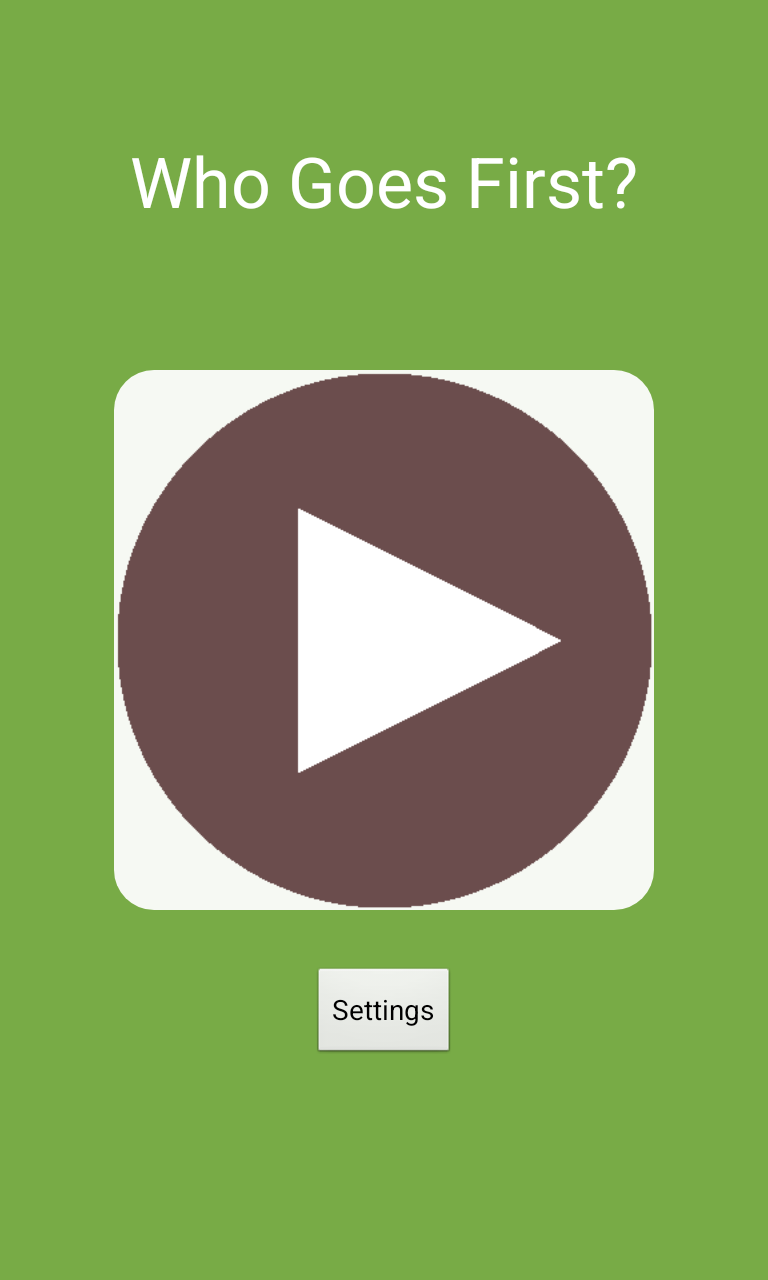
Repository: DarwinLYang/WhoGoesFirstApp
Layout: Who First/WhoFirst/res/layout/fragment_main.xml
An editor plug-in stored every save of this project. The layout is shown before and after the next save, followed by the edit.
It is drawn on a 768 x 1280 px phone screen (xhdpi) without system bars, with theme android:Theme.NoTitleBar.Fullscreen; the app's code is not run.

Above is the layout before, as saved 2014-04-11 21:30:44.

After the next save:
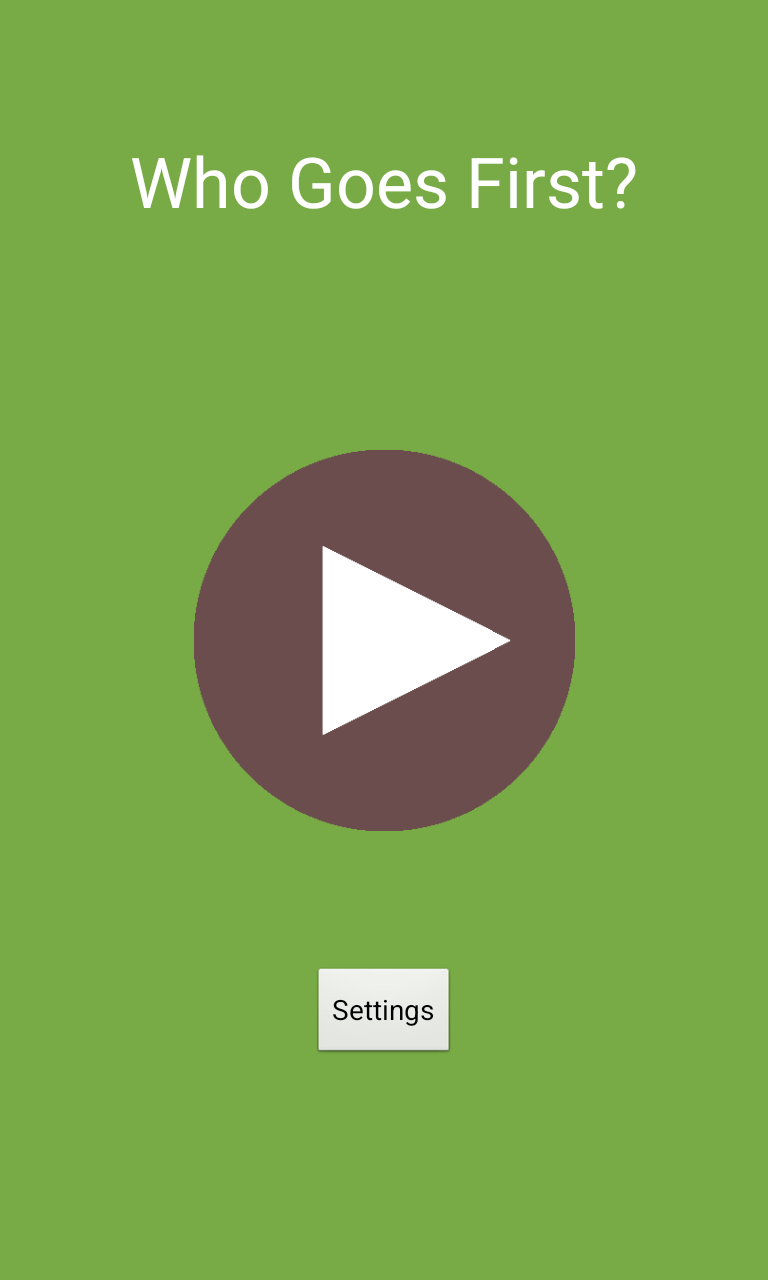
Saved 59 s later.
--- a/Who First/WhoFirst/res/layout/fragment_main.xml
+++ b/Who First/WhoFirst/res/layout/fragment_main.xml
@@ -24,10 +24,9 @@
         android:layout_centerHorizontal="true"
         android:layout_centerVertical="true"
         android:adjustViewBounds="true"
-        android:background="@drawable/round_button"
+        android:background="@drawable/start_button"
         android:contentDescription="@string/description_main_button"
         android:gravity="center_vertical|center_horizontal"
-        android:src="@drawable/start_button"
         android:onClick="questionScreen" />
 
     <Button
